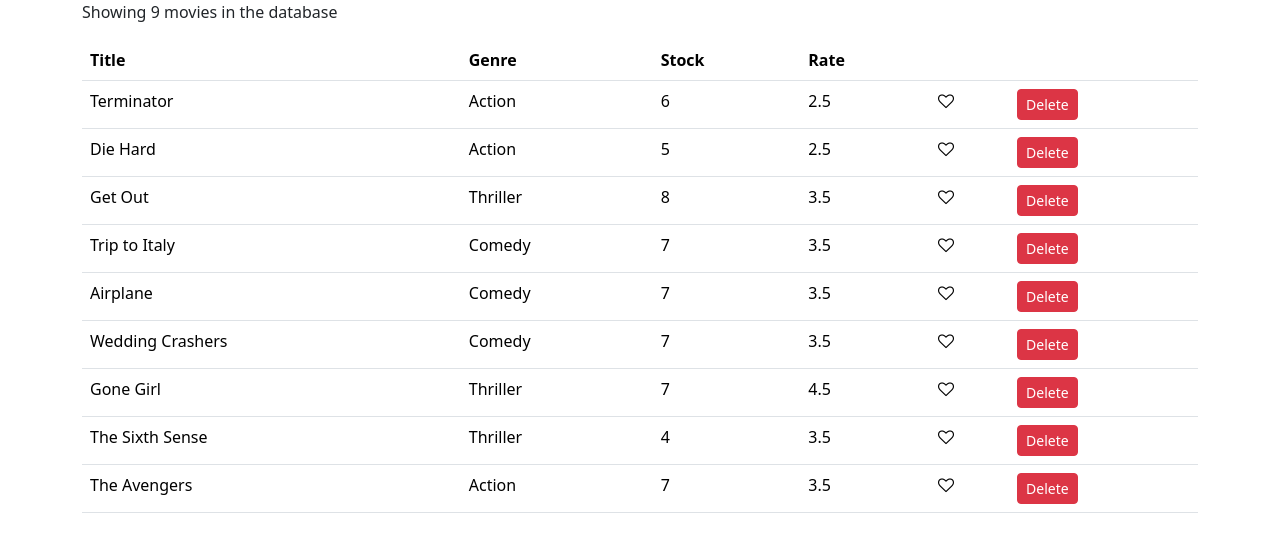
Repository: Edes2128/MovieTable-pagination-filter-sorting-in-React
Page: /
The author's editor kept a copy of each file at every save. The page is drawn from the files as they stood at one save, then again after the next save.
The browser window is 1280 px wide. The pictures show the whole page.
The project was rebuilt for these pictures with package versions that can differ from the ones it lists, and the page was loaded fresh each time.

Above is the page before, as saved 2020-06-16 12:40:37.

After the next save:
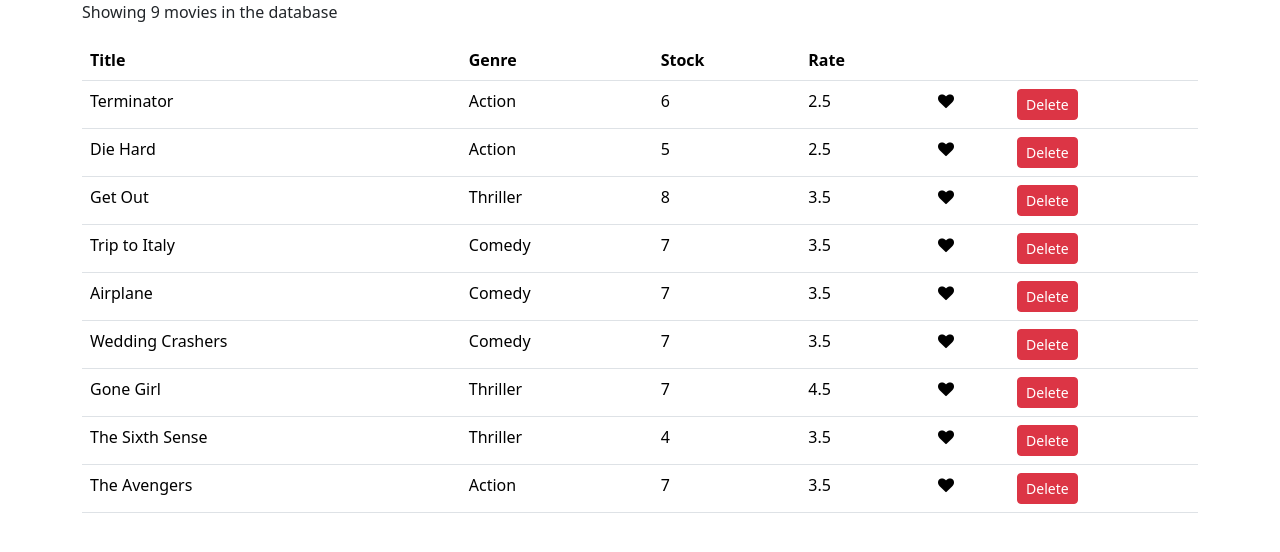
Saved 9 s later.
--- a/src/components/common/like.jsx
+++ b/src/components/common/like.jsx
@@ -6,7 +6,7 @@
 
 
     render() {
-        return ( <i class="fa fa-heart-o" aria-hidden="true"></i> );
+        return ( <i class="fa fa-heart" aria-hidden="true"></i> );
     }
 }
 

After the save that followed:
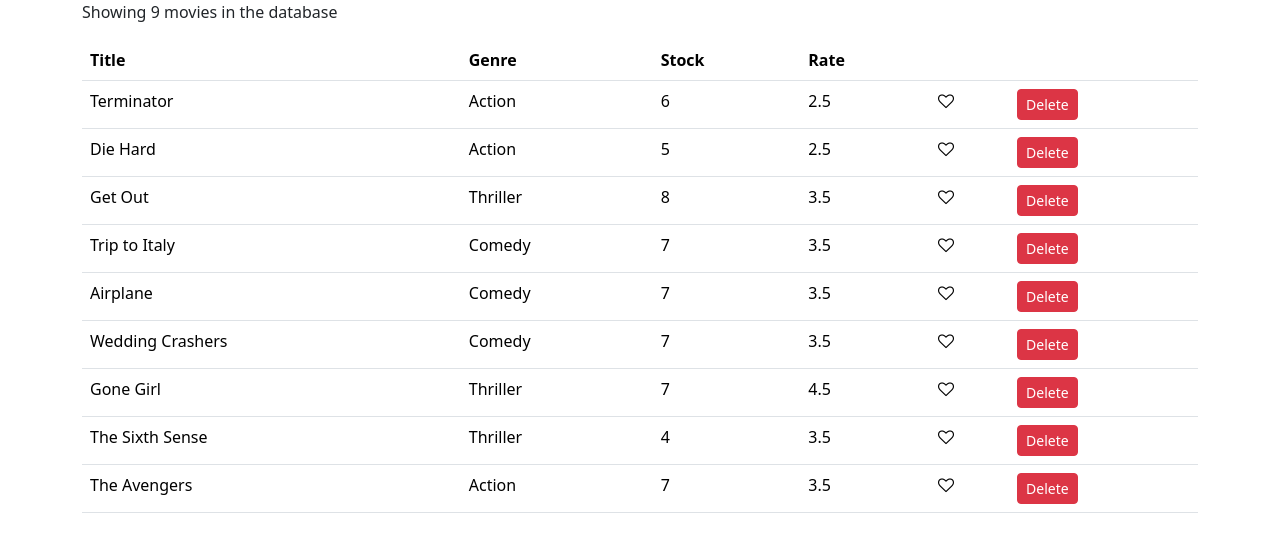
Saved 5 s later.
--- a/src/components/common/like.jsx
+++ b/src/components/common/like.jsx
@@ -6,7 +6,7 @@
 
 
     render() {
-        return ( <i class="fa fa-heart" aria-hidden="true"></i> );
+        return ( <i class="fa fa-heart-o" aria-hidden="true"></i> );
     }
 }
 
